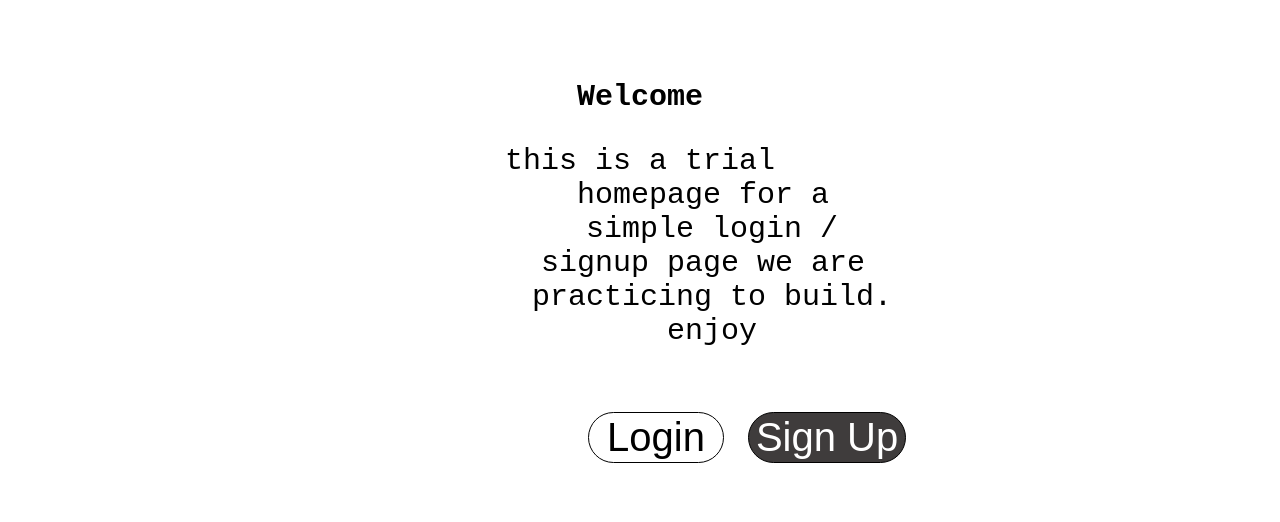
Repository: yhung004/TUTORIAL_PAGE
Page: home.html
An editor plug-in stored every save of this project. The page is shown before and after the next save, followed by the edit.
The browser window is 1280 px wide. The pictures show the whole page.

Above is the page before, as saved 2024-04-10 02:06:55.

### home.html
<!DOCTYPE html>
<html lang="en">
<head>
    <meta charset="UTF-8">
    <meta name="viewport" content="width=device-width, initial-scale=1.0">
    <title>Document</title>
    <link rel="stylesheet" href="main.css">
</head>
<body>
    <h3 class="welcome">Welcome</h3>
    <pre class="welcome_text">this is a trial
        homepage for a
        simple login /
        signup page we are
        practicing to build.
        enjoy
    </pre>
    <button class="button_a">
       <a href="#" class="button_a1">Login</a>
    </button>
    <button class="button_b">
        <a href="#" class="button_b1">Sign Up</a>
    </button>
</body>
</html>

### main.css
.welcome{
    text-align: center;
    font-family: 'Courier New', Courier, monospace;
    font-size: 30px;
    margin-top: 80px;
}
.welcome_text {
    text-align:center;
    font-family: 'Courier New', Courier, monospace;
    font-size: 30px;
}
.button_a {
    position: relative;
    left: 580px;
    border: 1px solid black;
    background-color:white;
    border-radius: 30px;
    font-size: 40px;
    padding: 2px 18px 2px 18px;
}
.button_b {
    position: relative;
    right: -600px;
    border : 1px solid black;
    border-radius: 40px;
    background-color: rgb(63, 60, 60);
    color:white;
    font-size: 40px;
    padding: 2px 7px 2px 7px;
}
a.button_b1 {
    text-decoration: none;
    color:white;
}
a.button_a1 {
    text-decoration:none;
    color:black;
}

After the next save:
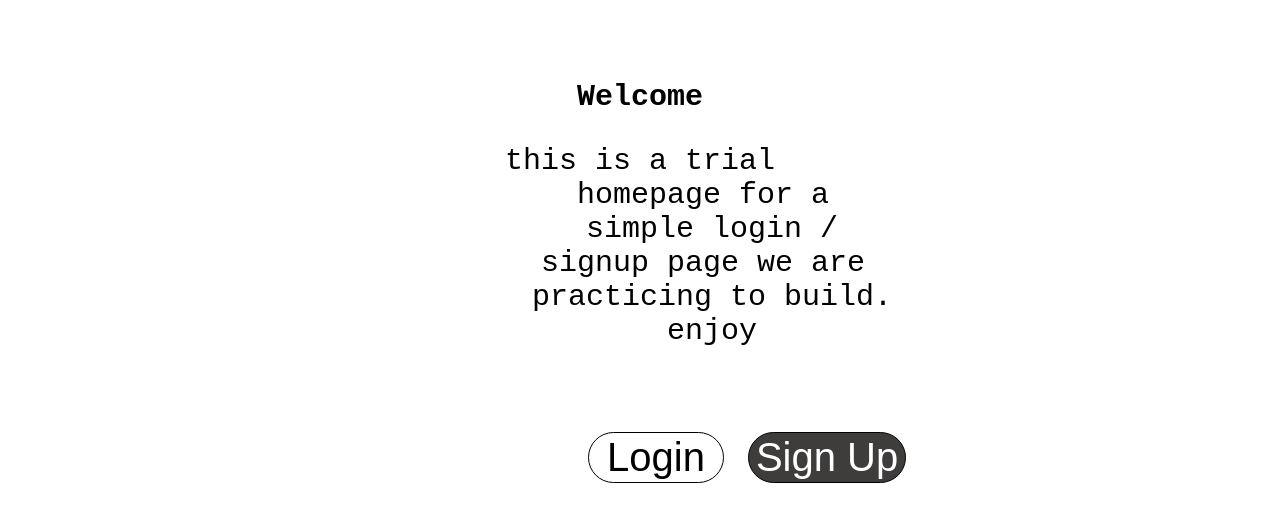
Saved 87 s later.
--- a/main.css
+++ b/main.css
@@ -17,6 +17,7 @@
     border-radius: 30px;
     font-size: 40px;
     padding: 2px 18px 2px 18px;
+    margin-top: 20px;
 }
 .button_b {
     position: relative;
@@ -27,6 +28,7 @@
     color:white;
     font-size: 40px;
     padding: 2px 7px 2px 7px;
+    margin-top: 20px;
 }
 a.button_b1 {
     text-decoration: none;
